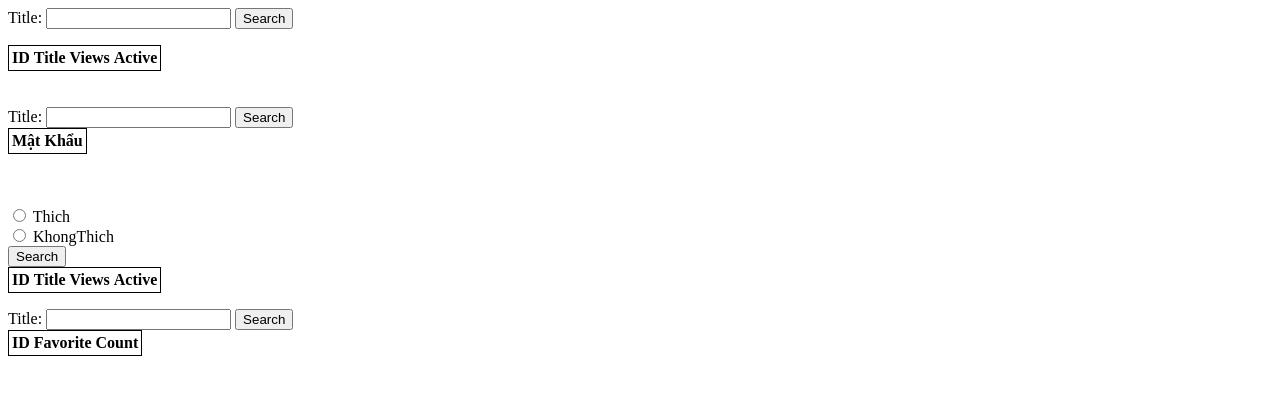
Repository: Hacorbie/Java-Servlet
Page: http://localhost/Lab6_Java4/views/NewFile.jsp
An editor plug-in stored every save of this project. The page is shown before and after the next save, followed by the edit.
The browser window is 1280 px wide. The pictures show the whole page.
The page is served by Tomcat 9. The template is opened directly, without the code that normally fills it, so the values that code supplies are empty.

Above is the page before, as saved 2023-04-03 09:22:01.

After the next save:
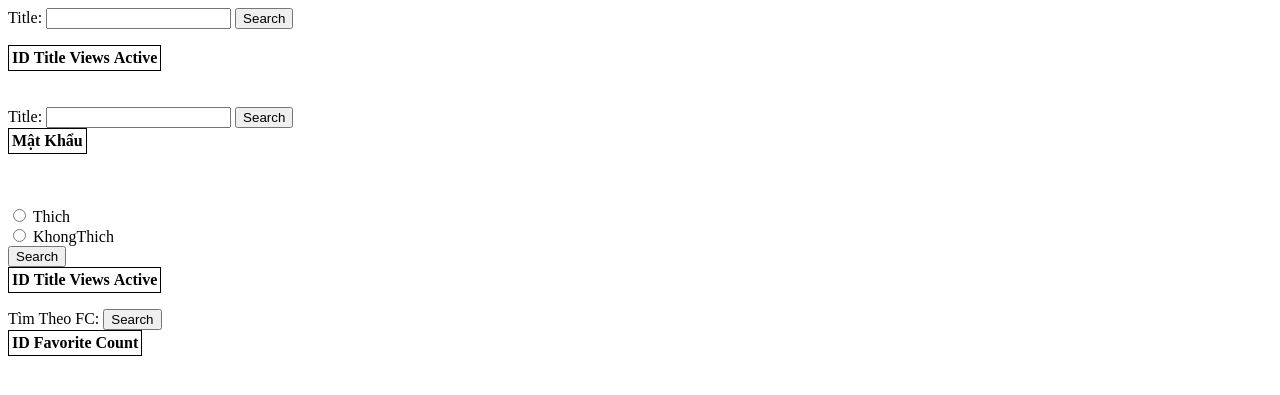
Saved 23 s later.
--- a/Lab6_Java4/src/main/webapp/views/NewFile.jsp
+++ b/Lab6_Java4/src/main/webapp/views/NewFile.jsp
@@ -88,7 +88,7 @@
 
 	</form>
 	<form action="/Lab6_Java4/Lab6" method="POST">
-		<label>Title:</label> <input type="text" name="SearchVidByC">
+		<label>Tìm Theo FC:</label>
 		<button type="submit" formaction="SearchVidByCount">Search</button>
 			<table style="border: 1px solid black">
 			<thead>
